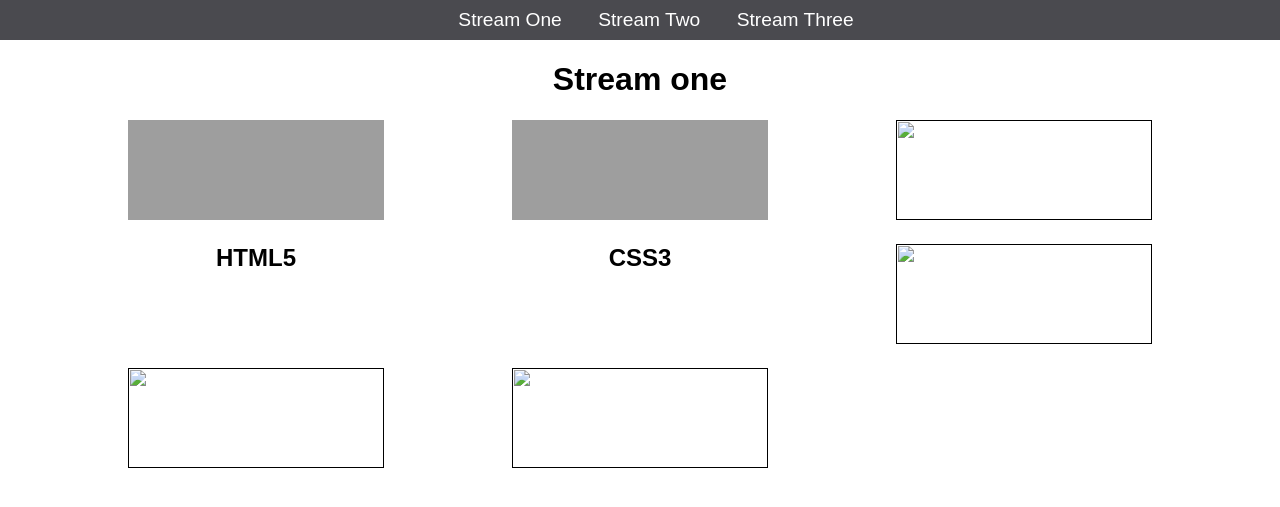
Repository: santimex/my-first-website
Page: Index.html
The author's editor kept a record of every edit. The page is drawn from the files as they stood at one moment, then again after the next edit.
The browser window is 1280 px wide. The pictures show the whole page.
Pictures or frames that could not be fetched are drawn as grey boxes.

Above is the page before.

### Index.html
<!DOCTYPE html>
<html>
    <head>
        <title>Stream One</title>
        <link rel="stylesheet" href="css/style.css" type="text/css" />
    </head>
    <body>
        <nav>
            <ul>
                <li><a href="stream-one.html">Stream One</a></li>
                <li><a href="stream-two.html">Stream Two</a></li>
                <li><a href="stream-three.html">Stream Three</a></li>
            </ul>
        </nav>
        <h1>Stream one</h1>
        <div class="card">
            <a href="https://en.wikipedia.org/wiki/HTML5">
                <img src="https://upload.wikimedia.org/wikipedia/commons/6/61/HTML5_logo_and_wordmark.svg" />
                <h2>HTML5</h2>
            </a>
        </div>
        <div class="card">
            <a href="https://en.wikipedia.org/wiki/Cascading_Style_Sheets#CSS_3">
                <img src="https://upload.wikimedia.org/wikipedia/commons/d/d5/CSS3_logo_and_wordmark.svg" />
                <h2>CSS3</h2>
            </a>
        </div>
        <div class="card">
            <a href="">
                <img src="" />
                <h2></h2>
            </a>
        </div>
        <div class="card">
            <a href="">
                <img src="" />
                <h2></h2>
            </a>
        </div>
        <div class="card">
            <a href="">
                <img src="" />
                <h2></h2>
            </a>
        </div>
        <div class="card">
            <a href="">
                <img src="" />
                <h2></h2>
            </a>
        </div>
    </body>
</html>

### css/style.css
body {
    margin: 0;
    padding: 0;
    font-family: "Oswald", sans-serif;
}

nav ul {
    list-style: none;
    background-color: #4a4a4f;
    text-align: center;
    margin: 0;
    padding: 0;
}

nav li {
    font-size: 1.2em;
    line-height: 40px;
    height: 40px;
    display: inline-block;
    margin-left: 2.5%;
}

nav a {
    text-decoration: none;
    color: #fff;
    display: block;
}

nav a:hover {
    background-color: #fff;
    color: #4a4a4f;
}

.card {
    float: left;
    width: 20%;
    margin-left: 10%;
}

.card a {
    text-align: center;
    text-decoration: none;
    color: #000;
}

.card a:hover {
    color: #FF5117;
}

img {
    width: 100%;
    height: 100px;
}

h1 {
    text-align: center;
}

After the next edit:
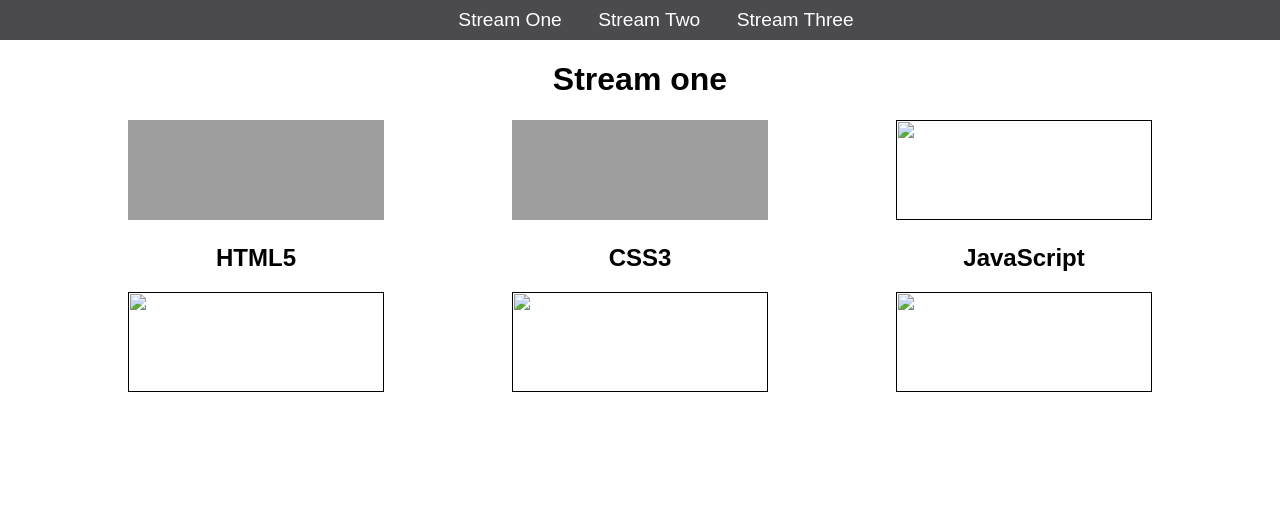
The edit:
--- a/Index.html
+++ b/Index.html
@@ -28,7 +28,7 @@
         <div class="card">
             <a href="">
                 <img src="" />
-                <h2></h2>
+                <h2>JavaScript</h2>
             </a>
         </div>
         <div class="card">
